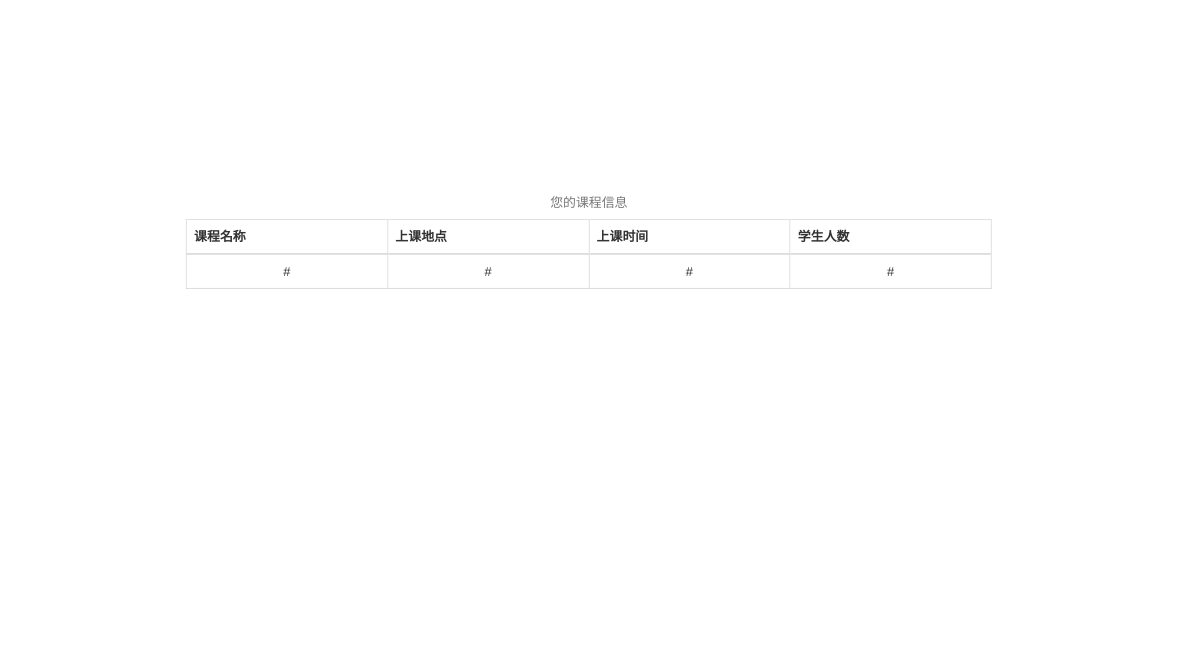
Repository: xu459898103/DBExperiment2017
Page: http://localhost/EA_System/iframe/teacher/jskcxx.jsp
These files come from the project's save history. The page is drawn as it stood at one moment and after the next save; the edit follows.
The browser window is 1280 px wide. The pictures show the whole page, at 92% of full size.
The page is served by Tomcat 9. Other server files are loaded and not shown.

Above is the page before, as saved 2017-12-16 11:49:56.

### EA System/WebContent/iframe/teacher/jskcxx.jsp
<%@ page language="java" contentType="text/html; charset=UTF-8"
	pageEncoding="UTF-8"%>
<!DOCTYPE html>
<html>
<head>
<meta http-equiv="Content-Type" content="text/html; charset=UTF-8">
<title>Insert title here</title>
<link rel="stylesheet"
	href="https://maxcdn.bootstrapcdn.com/bootstrap/3.3.7/css/bootstrap.min.css">
<script src="libs/bootstrap-3.3.7-dist/js/jquery-3.2.1.js"></script>
<script src="libs/bootstrap-3.3.7-dist/js/bootstrap.js"></script>
<style type="text/css">
#biaoge {
	margin:200px;
	padding:2px;
	text-align:center;
}
#title {
	text-align:center;
	font-size:200px;
}
</style>
</head>
<body>
	<div id="biaoge">
		<table class="table table-bordered">
			<caption style="text-align: center">您的课程信息</caption>
			<thead>
				<tr>
					<th>课程名称</th>
					<th>上课地点</th>
					<th>上课时间</th>
					<th>学生人数</th>

				</tr>
			</thead>
			<tbody>
				<%

				%>
				<tr>
					<td>#</td>
					<td>#</td>
					<td>#</td>
					<td>#</td>
				<tr>
					<%

					%>

			</tbody>
		</table>
	</div>
</body>
</html>

Loaded but not shown: EA System/WebContent/libs/bootstrap-3.3.7-dist/js/jquery-3.2.1.js (library); EA System/WebContent/libs/bootstrap-3.3.7-dist/js/bootstrap.js (library)

After the next save:
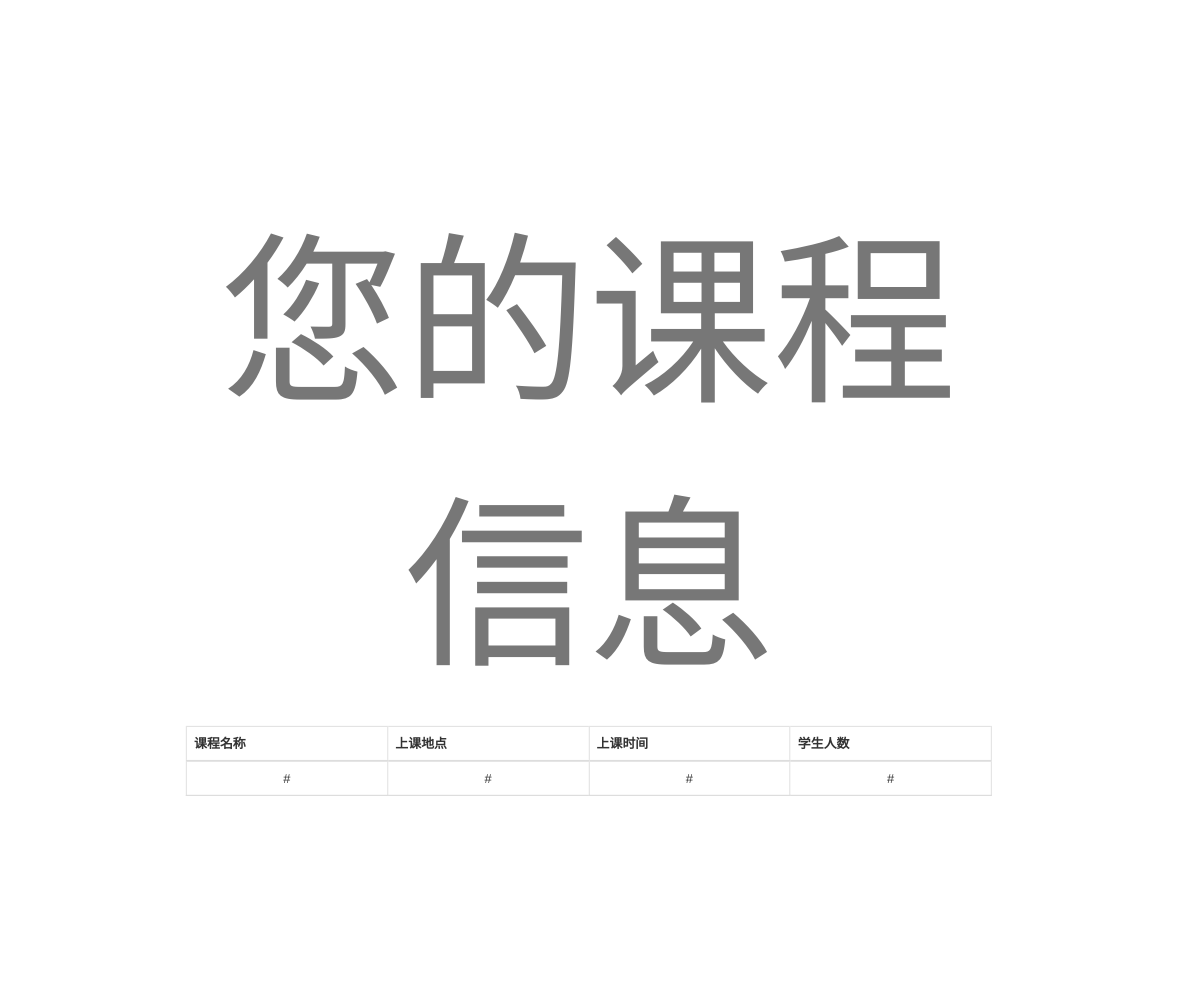
Saved 21 s later.
--- a/EA System/WebContent/iframe/teacher/jskcxx.jsp
+++ b/EA System/WebContent/iframe/teacher/jskcxx.jsp
@@ -24,7 +24,7 @@
 <body>
 	<div id="biaoge">
 		<table class="table table-bordered">
-			<caption style="text-align: center">您的课程信息</caption>
+			<caption id="title">您的课程信息</caption>
 			<thead>
 				<tr>
 					<th>课程名称</th>
